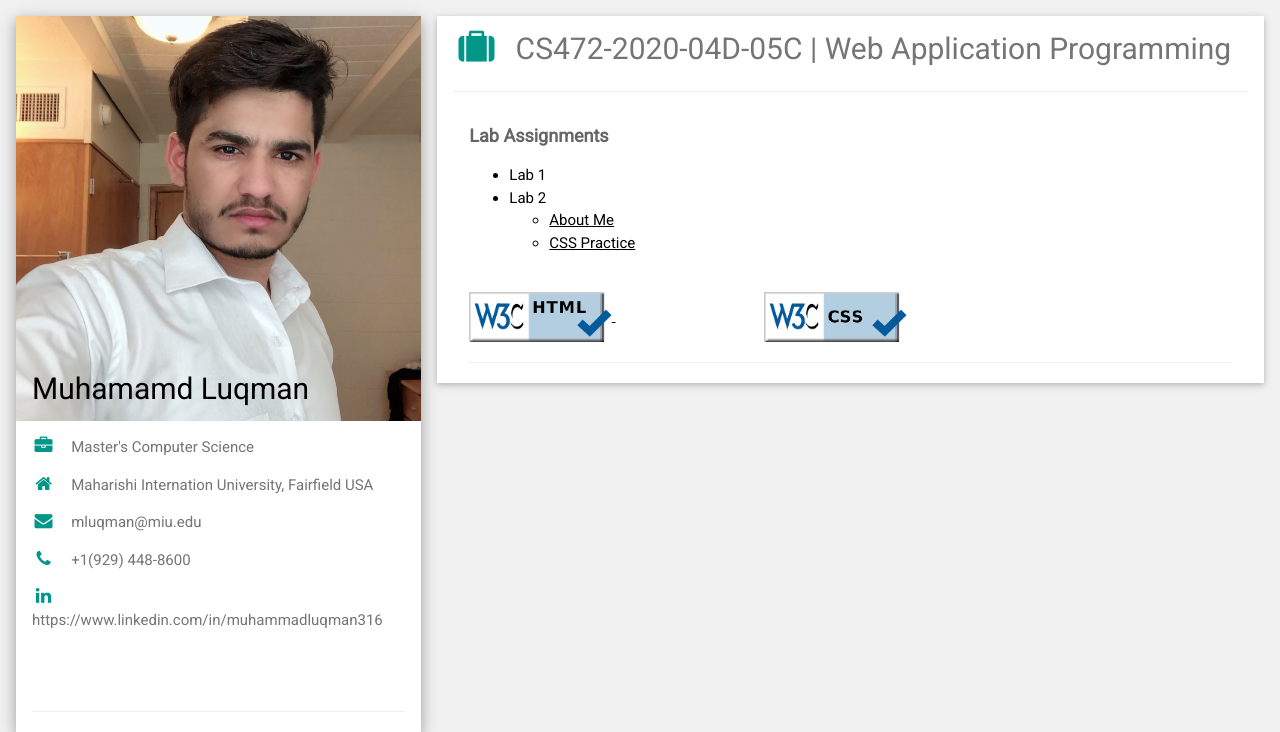
Repository: luqmang316/luqmang316.github.io
Page: index.html
These files come from the project's save history. The page is drawn as it stood at one moment and after the next save; the edit follows.
The browser window is 1280 px wide. The pictures show the whole page.

Above is the page before, as saved 2021-07-04 14:03:05.

### index.html
<!DOCTYPE html>
<html lang="en">
<title>Home</title>
<meta charset="UTF-8">
<meta name="viewport" content="width=device-width, initial-scale=1">
<link rel="stylesheet" href="https://www.w3schools.com/w3css/4/w3.css">
<link rel='stylesheet' href='https://fonts.googleapis.com/css?family=Roboto'>
<link rel="stylesheet" href="https://cdnjs.cloudflare.com/ajax/libs/font-awesome/4.7.0/css/font-awesome.min.css">
<style>
    html,
    body,
    h1,
    h2,
    h3,
    h4,
    h5,
    h6 {
        font-family: "Roboto", sans-serif
    }
</style>

<body class="w3-light-grey">

    <!-- Page Container -->
    <div class="w3-content w3-margin-top" style="max-width:1400px;">

        <!-- The Grid -->
        <div class="w3-row-padding">

            <!-- Left Column -->
            <div class="w3-third">

                <div class="w3-white w3-text-grey w3-card-4">
                    <div class="w3-display-container">
                        <img src="./images/luqman.jpg" style="width:100%" alt="Avatar">
                        <div class="w3-display-bottomleft w3-container w3-text-black">
                            <h2>Muhamamd Luqman</h2>
                        </div>

                    </div>
                    <div class="w3-container">
                        <p><i class="fa fa-briefcase fa-fw w3-margin-right w3-large w3-text-teal"></i>Master's Computer Science</p>
                        <p><i class="fa fa-home fa-fw w3-margin-right w3-large w3-text-teal"></i>Maharishi Internation University, Fairfield USA</p>
                        <p><i class="fa fa-envelope fa-fw w3-margin-right w3-large w3-text-teal"></i>mluqman@miu.edu</p>
                        <p><i class="fa fa-phone fa-fw w3-margin-right w3-large w3-text-teal"></i>+1(929) 448-8600</p>
                        <p><i class="fa fa-linkedin fa-fw w3-margin-right w3-large w3-text-teal"></i>https://www.linkedin.com/in/muhammadluqman316</p>
                        <br>
                        <br>
                        <hr>
                    </div>
                </div>

                <!-- End Left Column -->
            </div>

            <!-- Right Column -->
            <div class="w3-twothird">

                <div class="w3-container w3-card w3-white w3-margin-bottom">
                    <h2 class="w3-text-grey w3-padding-12"><i class="fa fa-suitcase fa-fw w3-margin-right w3-xxlarge w3-text-teal"></i>CS472-2020-04D-05C | Web Application Programming</h2>
                    <hr>

                    <div class="w3-container">
                        <h5 class="w3-opacity"><b>Lab Assignments</b></h5>

                        <ul class="menu">
                            <li> Lab 1 </li>
                            <li> Lab 2
                                <ul class="inside">
                                    <li> <a href="aboutme.html">About Me</a></li>
                                    <li> <a href="CSSPractice/index.html">CSS Practice</a></li>
                                    <!-- <li> <a href="MovieReview/tmnt.html">MovieReview </a></li> -->
                                </ul>
                            </li>
                            <!-- <li>Lesson 4: CSS for Page Layout (Week 2)

                                <ul class="inside">
                                    <li> <a href="Tasklist/tasklist.html">Task List HTML Page</a></li>
                                </ul>
                            </li>
                            <li>Lesson 5: Basic JavaScript (Week 3)
                                <ul class="inside">
                                    <li> <a href="BasicJavaScript/BasicJavaScript.html">Basic JavaScript</a></li>
                                </ul>
                            </li>

                            <li>Lesson 6: Scope, closures and encapsulation
                                <ul class="inside">
                                    <li> <a href="ScopeClosuresEncapsulation/ScopeClosuresEncapsulation.html">Scope, closures and encapsulation</a></li>
                                </ul>

                            </li>

                            <li>Lesson 7: (Objects, Modules, Inheritance) ASCII Animation
                                <ul class="inside">
                                    <li> <a href="ReImplementLab5/ReImplementLab5.html">Re-implement the Lab 5</a></li>
                                    <li> <a href="ASCIImation_files/ASCIImation.html">Implement the ASCIIanimation.</a></li>
                                </ul>

                            </li>

                            <li>LECTURE9: DOM, JQUERY (Maze)
                                <ul class="inside">
                                    <li> <a href="MazeGame/Maze.html">Maze Game</a></li>
                                </ul>

                            </li>

                            <li>Lab 9</li>
                            <li>Lab 10</li> -->
                        </ul>
                        <br>

                        <i class="w3-hover-opacity">
            <a href="https://validator.w3.org/check/referer">
              <img src="./images/w3chtmlvalidlogo.png" alt="W3C HTML Validator" height="50">
            </a>
            </i>
                        <i> &nbsp; &nbsp; &nbsp; &nbsp; &nbsp; &nbsp; &nbsp; &nbsp; &nbsp; &nbsp;   &nbsp; &nbsp; &nbsp; &nbsp; &nbsp; &nbsp; &nbsp; &nbsp; &nbsp; &nbsp; </i>
                        <i class="w3-hover-opacity">
            <a href="https://jigsaw.w3.org/css-validator/check/referer">
              <img src="./images/w3ccssvalidlogo.png" alt="W3C HTML Validator" height="50">
            </a>
           </i>
                        <br>
                        <hr>
                    </div>


                </div>


                <!-- End Right Column -->
            </div>

            <!-- End Grid -->
        </div>

        <!-- End Page Container -->
    </div>





</body>

</html>

After the next save:
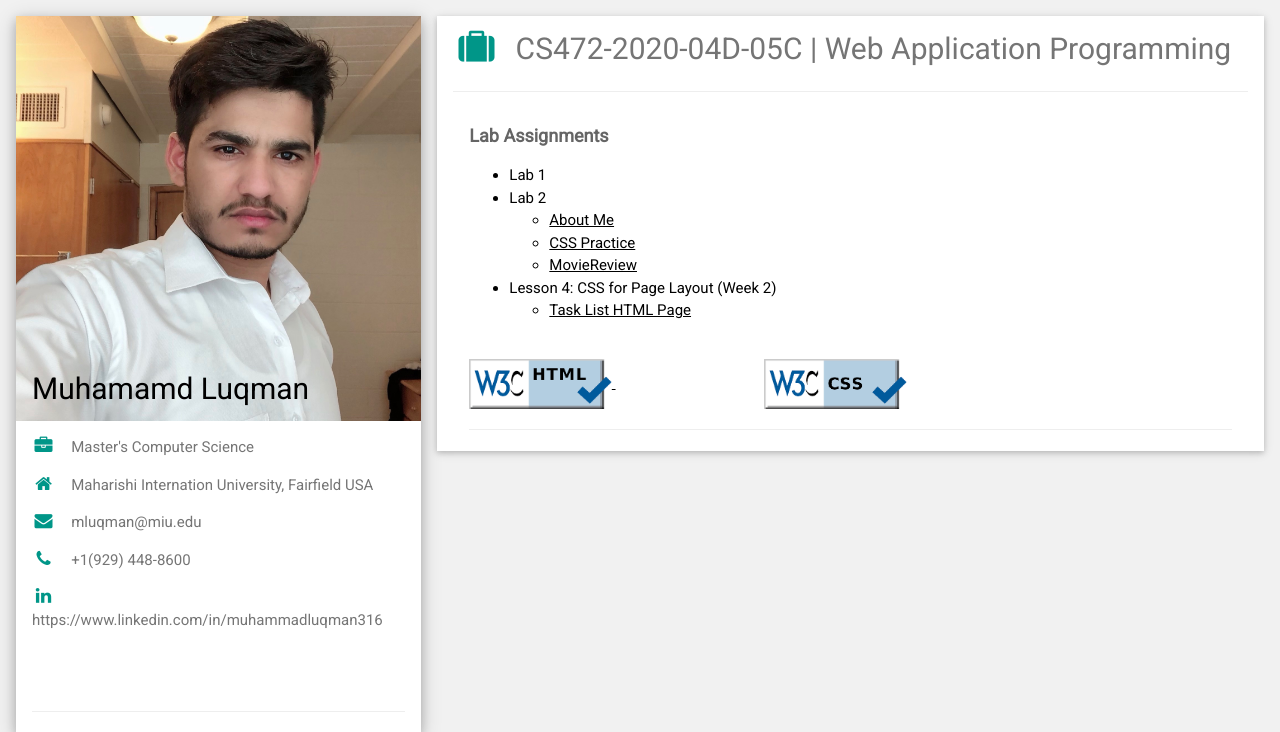
Saved 7 days later.
--- a/index.html
+++ b/index.html
@@ -69,16 +69,16 @@
                                 <ul class="inside">
                                     <li> <a href="aboutme.html">About Me</a></li>
                                     <li> <a href="CSSPractice/index.html">CSS Practice</a></li>
-                                    <!-- <li> <a href="MovieReview/tmnt.html">MovieReview </a></li> -->
+                                    <li> <a href="MovieReview/tmnt.html">MovieReview </a></li>
                                 </ul>
                             </li>
-                            <!-- <li>Lesson 4: CSS for Page Layout (Week 2)
+                            <li>Lesson 4: CSS for Page Layout (Week 2)
 
                                 <ul class="inside">
                                     <li> <a href="Tasklist/tasklist.html">Task List HTML Page</a></li>
                                 </ul>
                             </li>
-                            <li>Lesson 5: Basic JavaScript (Week 3)
+                            <!-- <li>Lesson 5: Basic JavaScript (Week 3)
                                 <ul class="inside">
                                     <li> <a href="BasicJavaScript/BasicJavaScript.html">Basic JavaScript</a></li>
                                 </ul>
